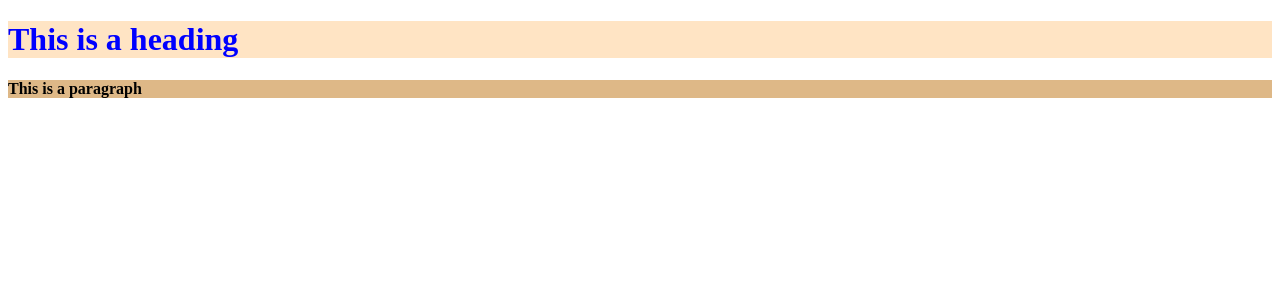
Repository: AishwaryaPandey987/PGLife
Page: home.html
The author's editor kept a copy of each file at every save. The page is drawn from the files as they stood at one save, then again after the next save.
The browser window is 1280 px wide. The pictures show the whole page.

Above is the page before, as saved 2022-10-26 20:10:01.

After the next save:
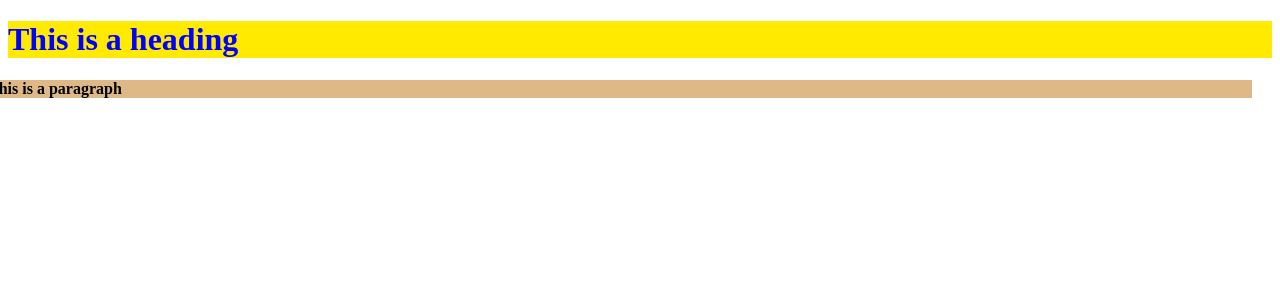
Saved 23 h 57 min later.
--- a/css/style.css
+++ b/css/style.css
@@ -2,10 +2,12 @@
 
 div h1{
   color: blue;
-  background-color: bisque;
+  background-color: rgb(255, 234, 0);
 }
 
 p ,h4{
   color: black;
   background-color: burlywood;
+  position: relative;
+  left: -20px;
 }
